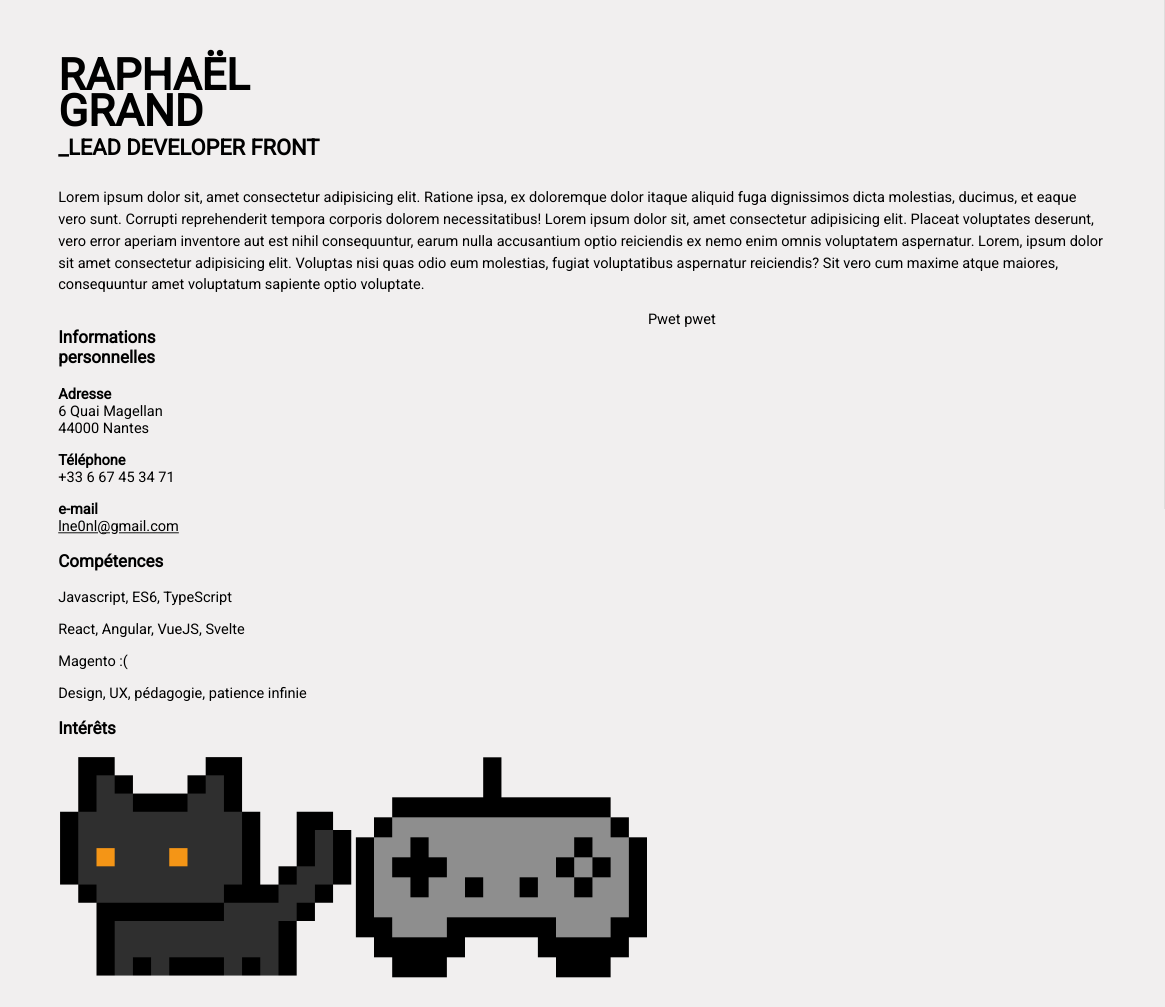
Repository: lne0nl/resume
Page: index.html
These files come from the project's save history. The page is drawn as it stood at one moment and after the next save; the edit follows.
The browser window is 1280 px wide. The pictures show the whole page, at 91% of full size.

Above is the page before, as saved 2021-12-10 10:44:17.

### index.html
<!DOCTYPE html>
<html lang="fr">
  <head>
    <meta charset="UTF-8" />
    <meta http-equiv="X-UA-Compatible" content="IE=edge" />
    <meta name="viewport" content="width=device-width, initial-scale=1.0" />
    <link rel="preconnect" href="https://fonts.googleapis.com" />
    <link rel="preconnect" href="https://fonts.gstatic.com" crossorigin />
    <link
      href="https://fonts.googleapis.com/css2?family=Roboto&display=swap"
      rel="stylesheet"
    />
    <link rel="stylesheet" type="text/css" href="style.css" />
    <title>CV Raphaël GRAND</title>
  </head>
  <body>
    <header>
      <h1>Raphaël<br />GRAND</h1>
      <h2>_Lead developer front</h2>
      <p class="bio">
        Lorem ipsum dolor sit, amet consectetur adipisicing elit. Ratione ipsa,
        ex doloremque dolor itaque aliquid fuga dignissimos dicta molestias,
        ducimus, et eaque vero sunt. Corrupti reprehenderit tempora corporis
        dolorem necessitatibus! Lorem ipsum dolor sit, amet consectetur
        adipisicing elit. Placeat voluptates deserunt, vero error aperiam
        inventore aut est nihil consequuntur, earum nulla accusantium optio
        reiciendis ex nemo enim omnis voluptatem aspernatur. Lorem, ipsum dolor
        sit amet consectetur adipisicing elit. Voluptas nisi quas odio eum
        molestias, fugiat voluptatibus aspernatur reiciendis? Sit vero cum
        maxime atque maiores, consequuntur amet voluptatum sapiente optio
        voluptate.
      </p>
    </header>
    <div class="core">
      <section class="infos">
        <article>
          <h3>Informations<br />personnelles</h3>
          <ul>
            <li title="address">
              <b>Adresse</b><br />
              6 Quai Magellan<br />44000 Nantes
            </li>
            <li title="phone">
              <b>Téléphone</b><br />
              +33 6 67 45 34 71
            </li>
            <li title="mail">
              <b>e-mail</b><br />
              <a href="mailto:lne0nl@gmail.com">lne0nl@gmail.com</a>
            </li>
          </ul>
        </article>
        <article>
          <h3>Compétences</h3>
          <ul>
            <li>Javascript, ES6, TypeScript</li>
            <li>React, Angular, VueJS, Svelte</li>
            <li>Magento :(</li>
            <li>Design, UX, pédagogie, patience infinie</li>
          </ul>
        </article>
        <article>
          <h3>Intérêts</h3>
          <div class="interests">
            <img src="images/cat.png" alt="animals" title="Animaux">
            <img src="images/pad.png" alt="video games" title="Jeux Vidéo">
          </div>
        </article>
      </section>
      <section class="resume">Pwet pwet</section>
    </div>
  </body>
</html>

### style.css
html {
  background-color: grey;
}

body {
  margin: 0 auto;
  padding: 2rem 4rem;
  max-width: 1280px;
  background-color: #f1efef;
  font-family: 'Roboto', sans-serif;
}

header {
  position: relative;
}

h1 {
  font-size: 3rem;
  line-height: 0.8;
  text-transform: uppercase;
}

h2 {
  text-align: right;
  position: absolute;
  top: 4rem;
  text-transform: uppercase;
}

a {
  text-decoration: underline;
  color: inherit;
}

a:visited {
  color: inherit;
}

.bio {
  padding-top: 2rem;
  line-height: 1.5;
}

ul {
  list-style: none;
  margin: 0;
  padding: 0;
}

li {
  margin-bottom: 1rem;
}

.core {
  display: flex;
}

.resume {
  flex: 1;
  /* background-color: yellow; */
}

.interests {
  display: flex;
  justify-content: center;
}

.interests li {
  height: 50px;
  margin-bottom: 0;
}

.interests li img {
  height: 100%;;
}

After the next save:
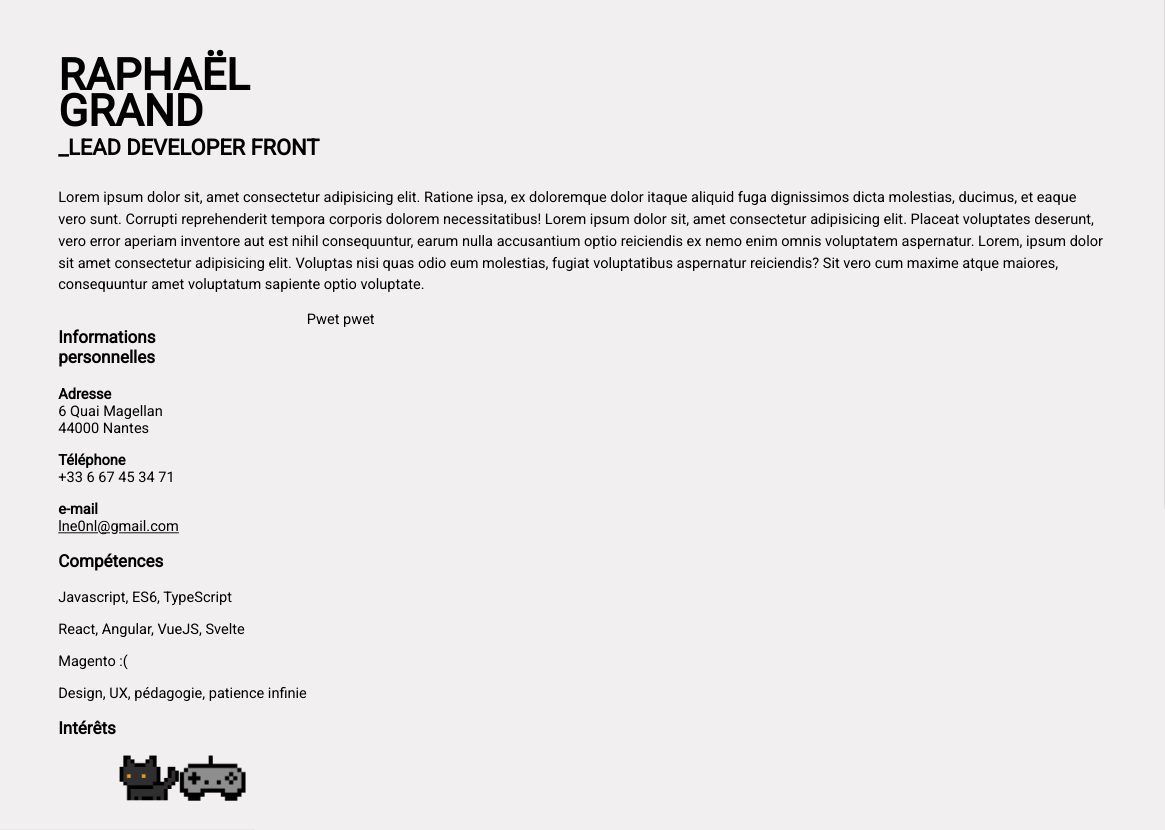
Saved 9 s later.
--- a/style.css
+++ b/style.css
@@ -65,7 +65,7 @@ li {
   justify-content: center;
 }
 
-.interests li {
+.interests img {
   height: 50px;
   margin-bottom: 0;
 }
